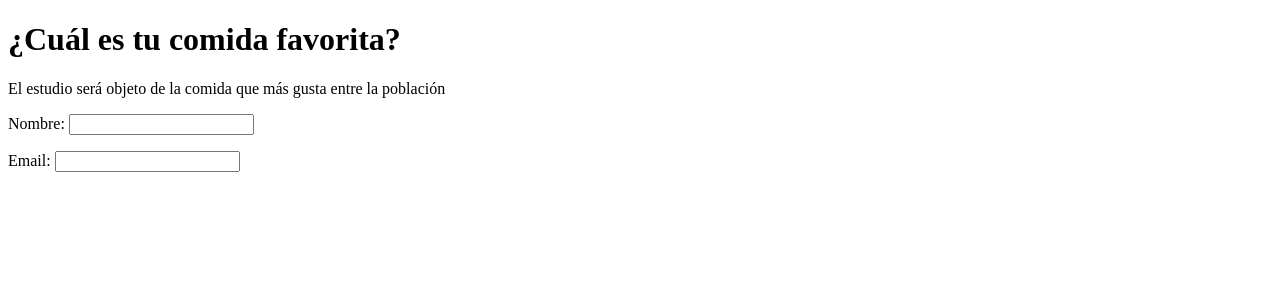
Repository: Fidesone/Form
Page: form/Index.html
The author's editor kept a copy of each file at every save. The page is drawn from the files as they stood at one save, then again after the next save.
The browser window is 1280 px wide. The pictures show the whole page.

Above is the page before, as saved 2020-09-22 18:36:45.

### form/Index.html
<!DOCTYPE html>
<html>
<head>
<meta charset="ISO-8859-1">
<title>Formulario</title>
</head>
<body>
<h1 id="title">¿Cuál es tu comida favorita?</h1>
<p id="desciption">El estudio será objeto de la comida que más gusta entre la población</p>
<form id="survey-form">
	<p id="name">Nombre: <input type="text"></p>
	<p id="email">Email: <input type="text"></p>
</form>
</body>
</html>

After the next save:
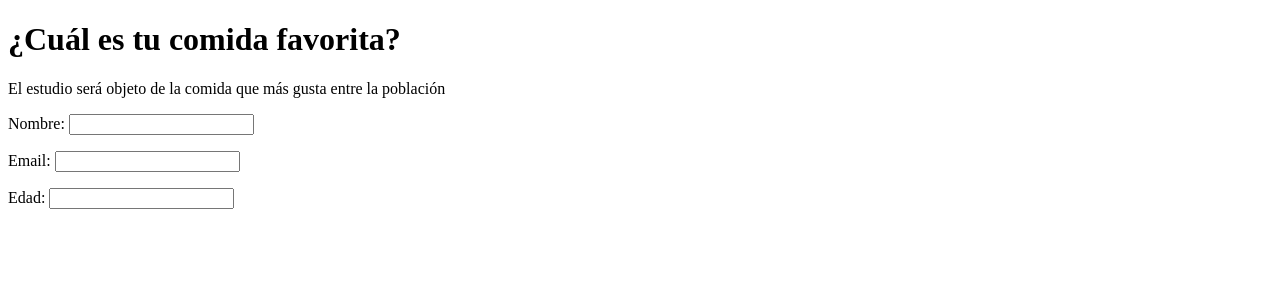
Saved 97 s later.
--- a/form/Index.html
+++ b/form/Index.html
@@ -10,6 +10,7 @@
 <form id="survey-form">
 	<p id="name">Nombre: <input type="text"></p>
 	<p id="email">Email: <input type="text"></p>
+	<p id="number">Edad: <input type="number"></p>
 </form>
 </body>
 </html>
